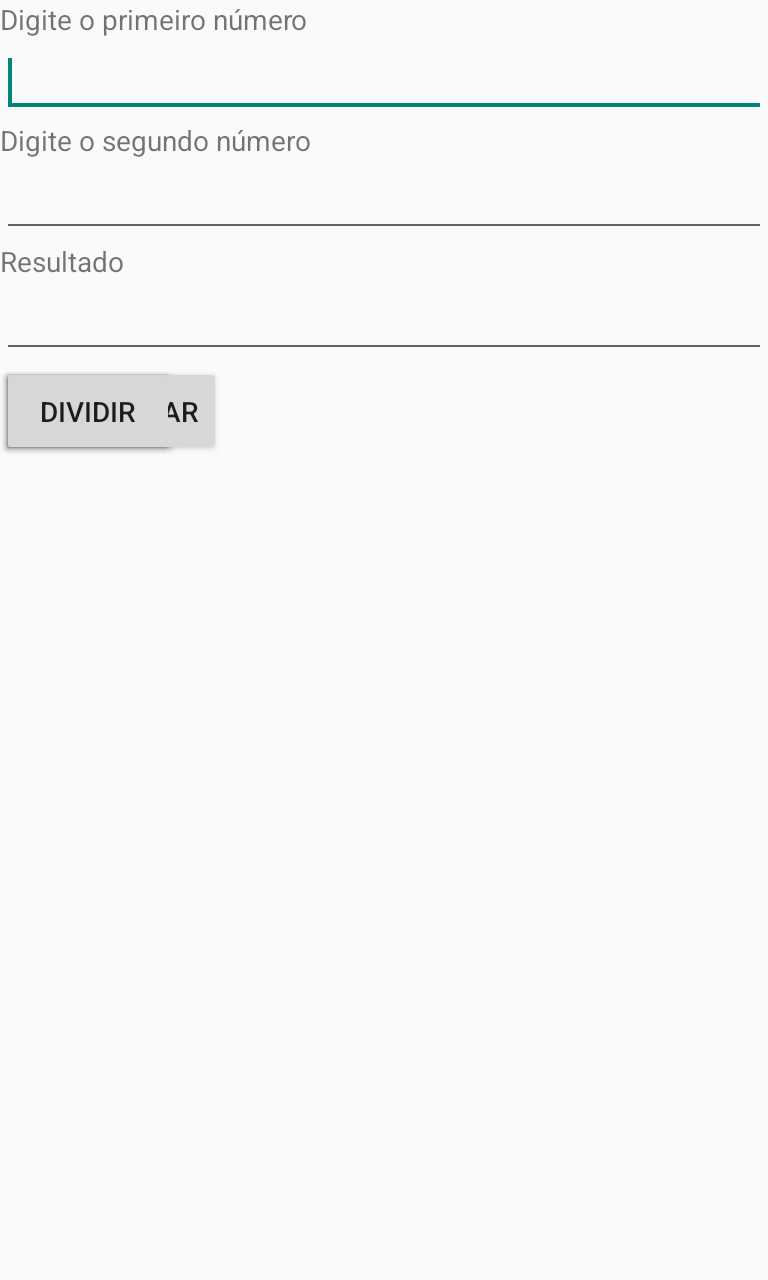
Repository: LucasSampaio/SysPizza-PSI
Layout: CodigoFonte/MOBILE/Calculadora_Neri/res/layout/activity_calculadora.xml
The author's editor kept a copy of each file at every save. The layout is drawn from the files as they stood at one save, then again after a run of saves.
It is drawn on a 768 x 1280 px phone screen (xhdpi) without system bars, with theme AppTheme; the app's code is not run.

Above is the layout before, as saved 2014-09-04 20:01:23.

### CodigoFonte/MOBILE/Calculadora_Neri/res/layout/activity_calculadora.xml
<LinearLayout xmlns:android="http://schemas.android.com/apk/res/android"
    xmlns:tools="http://schemas.android.com/tools"
    android:orientation="vertical"
    android:layout_width="match_parent"
    android:layout_height="match_parent">

    <TextView
        android:layout_width="wrap_content"
        android:layout_height="wrap_content"
        android:text="Digite o primeiro número" />

    <EditText
        android:id="@+id/etNum01"
        android:layout_width="match_parent"
        android:layout_height="wrap_content"
        android:ems="10" >

        <requestFocus />
    </EditText>

    <TextView
        android:id="@+id/textView1"
        android:layout_width="wrap_content"
        android:layout_height="wrap_content"
        android:text="Digite o segundo número" />

    <EditText
        android:id="@+id/etNum02"
        android:layout_width="match_parent"
        android:layout_height="wrap_content"
        android:ems="10" />

    <TextView
        android:id="@+id/textView"
        android:layout_width="wrap_content"
        android:layout_height="wrap_content"
        android:text="Resultado" />

    <EditText
        android:id="@+id/etResultado"
        android:layout_width="fill_parent"
        android:layout_height="wrap_content"
        android:ems="10" />

    <RelativeLayout
        android:layout_width="wrap_content"
        android:layout_height="wrap_content" >

        <Button
            android:id="@+id/btnSomar"
            android:layout_width="wrap_content"
            android:layout_height="wrap_content"
            android:text="Somar" />

        <Button
            android:id="@+id/btnSubtrair"
            android:layout_width="wrap_content"
            android:layout_height="wrap_content"
            android:text="Subtrair" />

        <Button
            android:id="@+id/btnMultiplicar"
            android:layout_width="wrap_content"
            android:layout_height="wrap_content"
            android:text="Multiplicar" />

        <Button
            android:id="@+id/btnDividir"
            android:layout_width="wrap_content"
            android:layout_height="wrap_content"
            android:text="Dividir" />
    </RelativeLayout>

</LinearLayout>

Loaded but not shown: CodigoFonte/MOBILE/Calculadora_Neri/res/values/styles.xml (common file); CodigoFonte/MOBILE/Calculadora_Neri/res/values-v11/styles.xml (common file); CodigoFonte/MOBILE/Calculadora_Neri/res/values-v14/styles.xml (common file)

After the next 2 saves:
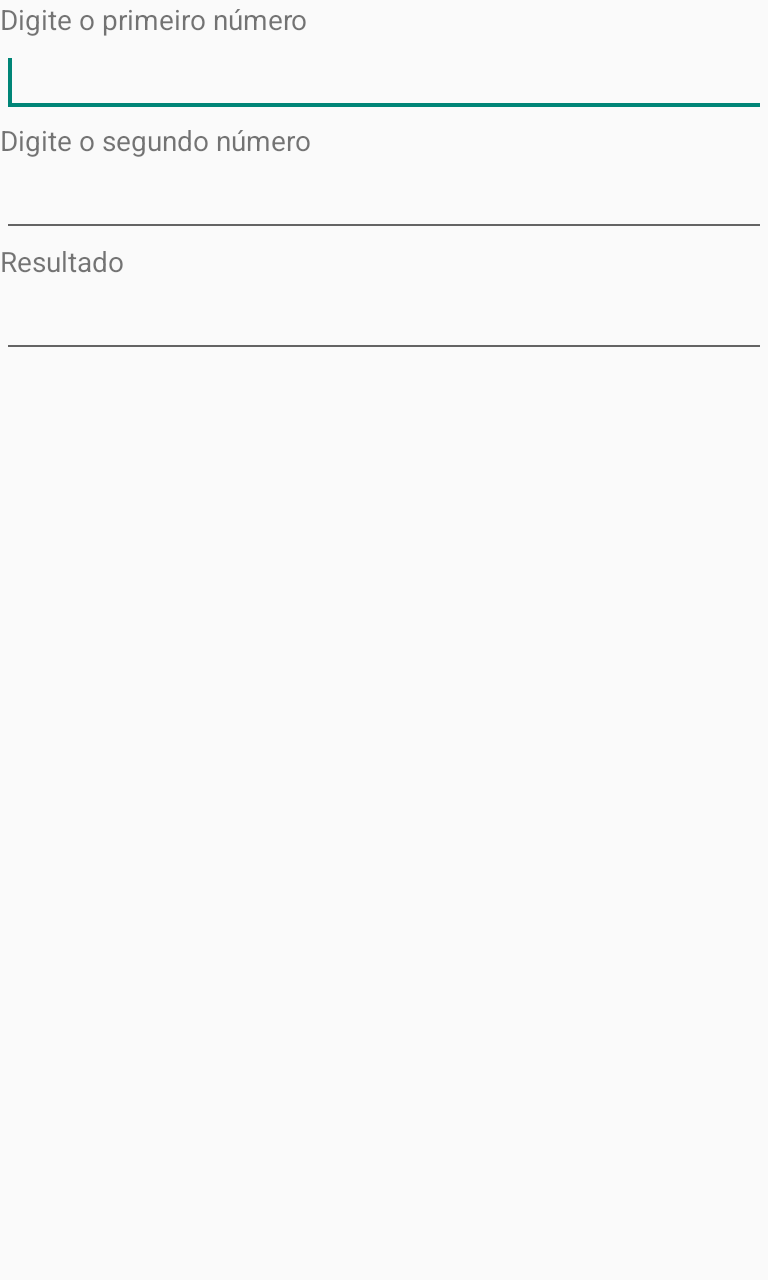
The 2 saves are shown as one change because they came seconds apart.
The last was saved 37 s later.
--- a/CodigoFonte/MOBILE/Calculadora_Neri/res/layout/activity_calculadora.xml
+++ b/CodigoFonte/MOBILE/Calculadora_Neri/res/layout/activity_calculadora.xml
@@ -43,8 +43,8 @@
         android:ems="10" />
 
     <RelativeLayout
-        android:layout_width="wrap_content"
-        android:layout_height="wrap_content" >
+        android:layout_width="match_content"
+        android:layout_height="match_content" >
 
         <Button
             android:id="@+id/btnSomar"

After the save that followed:
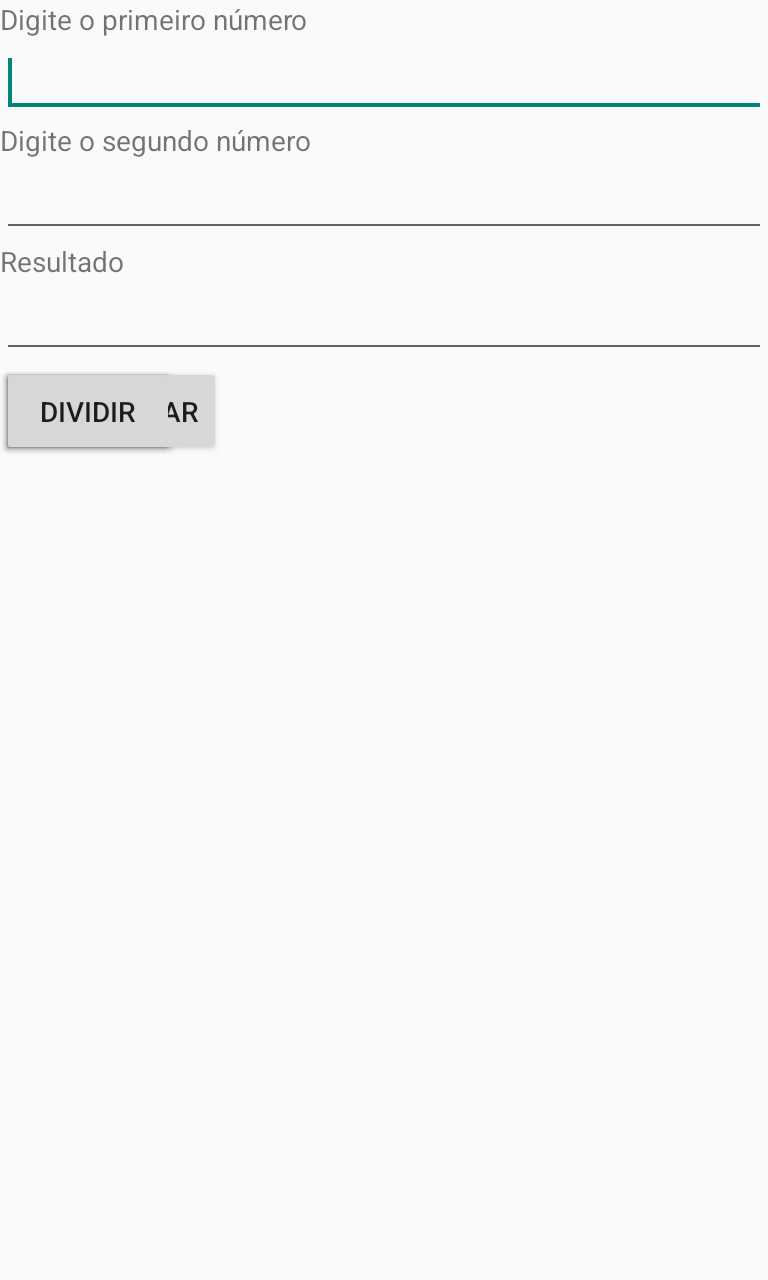
Saved 7 s later.
--- a/CodigoFonte/MOBILE/Calculadora_Neri/res/layout/activity_calculadora.xml
+++ b/CodigoFonte/MOBILE/Calculadora_Neri/res/layout/activity_calculadora.xml
@@ -43,8 +43,8 @@
         android:ems="10" />
 
     <RelativeLayout
-        android:layout_width="match_content"
-        android:layout_height="match_content" >
+        android:layout_width="match_parent"
+        android:layout_height="match_parent" >
 
         <Button
             android:id="@+id/btnSomar"
